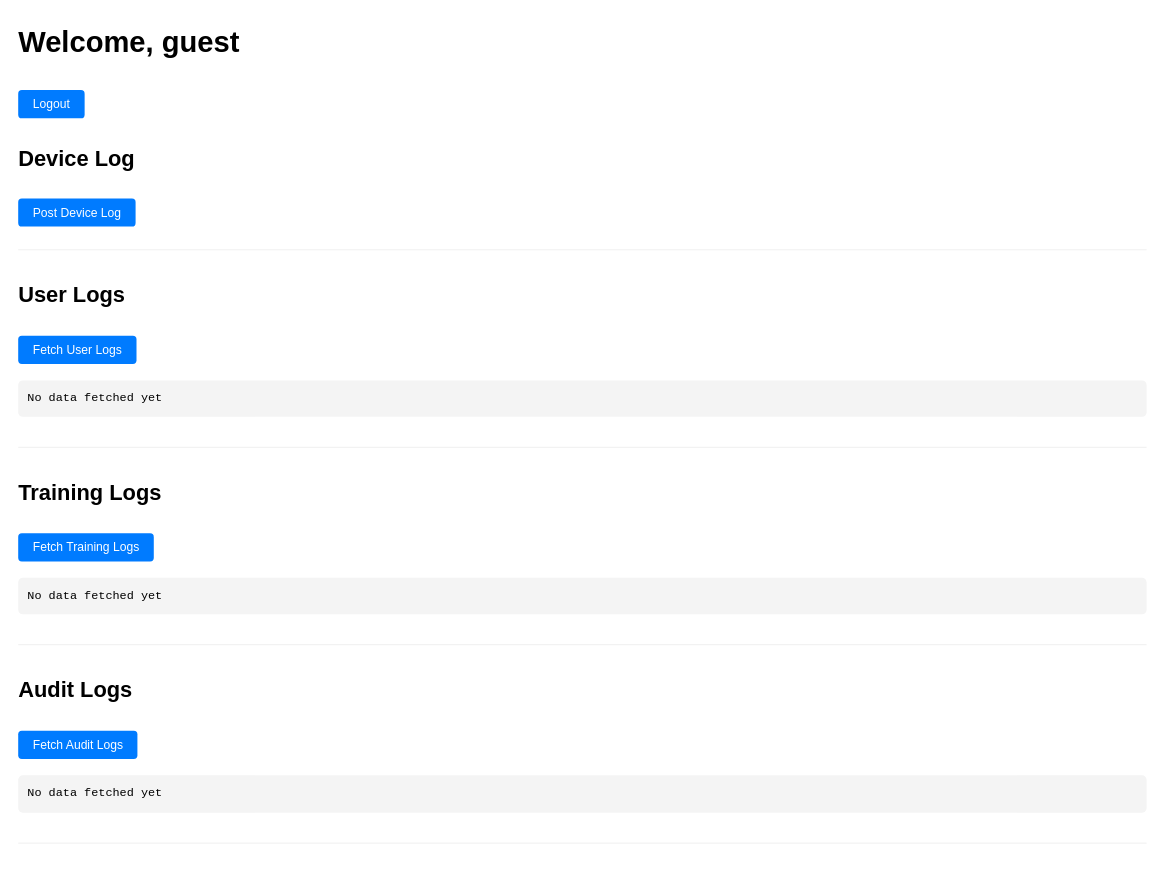
Repository: im-ysh/VPN_office_dashboard
Page: vpn-backend/src/main/webapp/dashboard.html
An editor plug-in stored every save of this project. The page is shown before and after the next save, followed by the edit.
The browser window is 1280 px wide. The pictures show the whole page, at 91% of full size.

Above is the page before, as saved 2025-07-14 18:15:24.

After the next save:
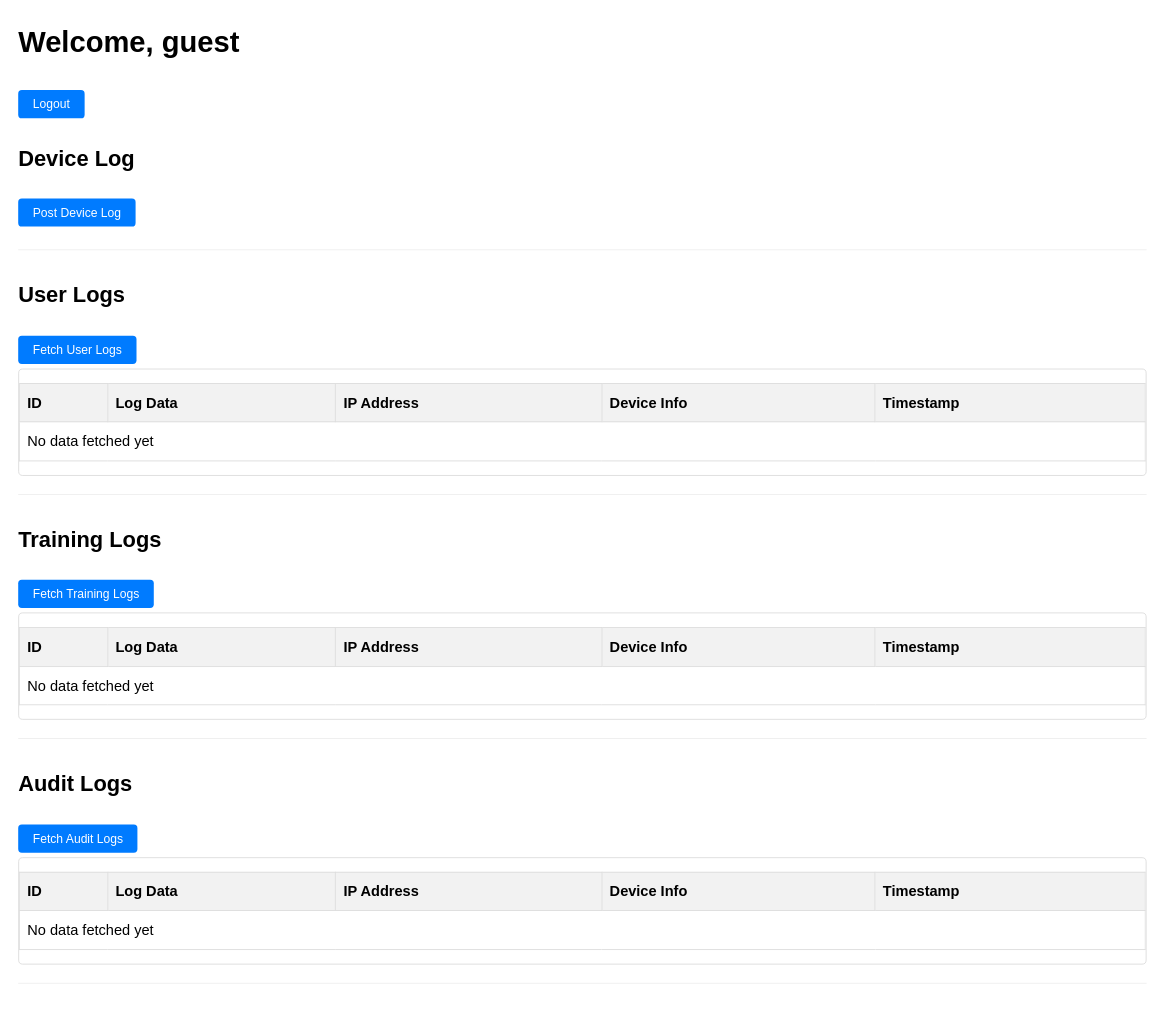
Saved 3 min 0 s later.
--- a/vpn-backend/src/main/webapp/dashboard.html
+++ b/vpn-backend/src/main/webapp/dashboard.html
@@ -9,12 +9,27 @@
             margin: 20px;
             line-height: 1.6;
         }
-        pre {
-            background: #f4f4f4;
-            padding: 10px;
-            border-radius: 5px;
+        table {
+            width: 100%;
+            border-collapse: collapse;
+            margin: 15px 0;
+        }
+        th, td {
+            border: 1px solid #ddd;
+            padding: 8px;
+            text-align: left;
+        }
+        th {
+            background-color: #f2f2f2;
+        }
+        tr:nth-child(even) {
+            background-color: #f9f9f9;
+        }
+        .log-container {
             max-height: 300px;
             overflow-y: auto;
+            border: 1px solid #ddd;
+            border-radius: 5px;
         }
         button {
             padding: 8px 16px;
@@ -47,19 +62,64 @@
     <div class="log-section">
         <h2>User Logs</h2>
         <button id="fetchUserBtn">Fetch User Logs</button>
-        <pre id="userLogs">No data fetched yet</pre>
+        <div class="log-container">
+            <table id="userLogsTable">
+                <thead>
+                    <tr>
+                        <th>ID</th>
+                        <th>Log Data</th>
+                        <th>IP Address</th>
+                        <th>Device Info</th>
+                        <th>Timestamp</th>
+                    </tr>
+                </thead>
+                <tbody>
+                    <tr><td colspan="5">No data fetched yet</td></tr>
+                </tbody>
+            </table>
+        </div>
     </div>
 
     <div class="log-section">
         <h2>Training Logs</h2>
         <button id="fetchTrainingBtn">Fetch Training Logs</button>
-        <pre id="trainingLogs">No data fetched yet</pre>
+        <div class="log-container">
+            <table id="trainingLogsTable">
+                <thead>
+                    <tr>
+                        <th>ID</th>
+                        <th>Log Data</th>
+                        <th>IP Address</th>
+                        <th>Device Info</th>
+                        <th>Timestamp</th>
+                    </tr>
+                </thead>
+                <tbody>
+                    <tr><td colspan="5">No data fetched yet</td></tr>
+                </tbody>
+            </table>
+        </div>
     </div>
 
     <div class="log-section">
         <h2>Audit Logs</h2>
         <button id="fetchAuditBtn">Fetch Audit Logs</button>
-        <pre id="auditLogs">No data fetched yet</pre>
+        <div class="log-container">
+            <table id="auditLogsTable">
+                <thead>
+                    <tr>
+                        <th>ID</th>
+                        <th>Log Data</th>
+                        <th>IP Address</th>
+                        <th>Device Info</th>
+                        <th>Timestamp</th>
+                    </tr>
+                </thead>
+                <tbody>
+                    <tr><td colspan="5">No data fetched yet</td></tr>
+                </tbody>
+            </table>
+        </div>
     </div>
 
     <script>
@@ -76,6 +136,34 @@
                 'Content-Type': 'application/x-www-form-urlencoded',
             }
         };
+
+        // Function to populate table
+        function populateTable(tableId, data) {
+            const tableBody = document.querySelector(`#${tableId} tbody`);
+
+            // Clear existing rows
+            tableBody.innerHTML = '';
+
+            if (!data || (Array.isArray(data) && data.length === 0)) {
+                tableBody.innerHTML = '<tr><td colspan="5">No data available</td></tr>';
+                return;
+            }
+
+            // Handle both array and single object responses
+            const logs = Array.isArray(data) ? data : [data];
+
+            logs.forEach(log => {
+                const row = document.createElement('tr');
+                row.innerHTML = `
+                    <td>${log.id || '-'}</td>
+                    <td>${log.log_data || '-'}</td>
+                    <td>${log.ip_address || '-'}</td>
+                    <td>${log.device_info || '-'}</td>
+                    <td>${log.timestamp || '-'}</td>
+                `;
+                tableBody.appendChild(row);
+            });
+        }
 
         // Improved fetch with error handling
         async function safeFetch(url, options = {}) {
@@ -96,19 +184,19 @@
             const data = await safeFetch(
                 `${baseURL}/fetch-user-logs?username=${encodeURIComponent(username)}`
             );
-            document.getElementById("userLogs").textContent = JSON.stringify(data, null, 2);
+            populateTable('userLogsTable', data);
         }
 
         async function fetchTrainingLogs() {
             const data = await safeFetch(
                 `${baseURL}/fetch-training-logs?username=${encodeURIComponent(username)}`
             );
-            document.getElementById("trainingLogs").textContent = JSON.stringify(data, null, 2);
+            populateTable('trainingLogsTable', data);
         }
 
         async function fetchAuditLogs() {
             const data = await safeFetch(`${baseURL}/fetch-audit-logs`);
-            document.getElementById("auditLogs").textContent = JSON.stringify(data, null, 2);
+            populateTable('auditLogsTable', data);
         }
 
         async function postDeviceLog() {
@@ -121,6 +209,7 @@
             });
 
             alert(data.message || "Log posted successfully");
+            fetchUserLogs(); // Refresh user logs
         }
 
         function logout() {
